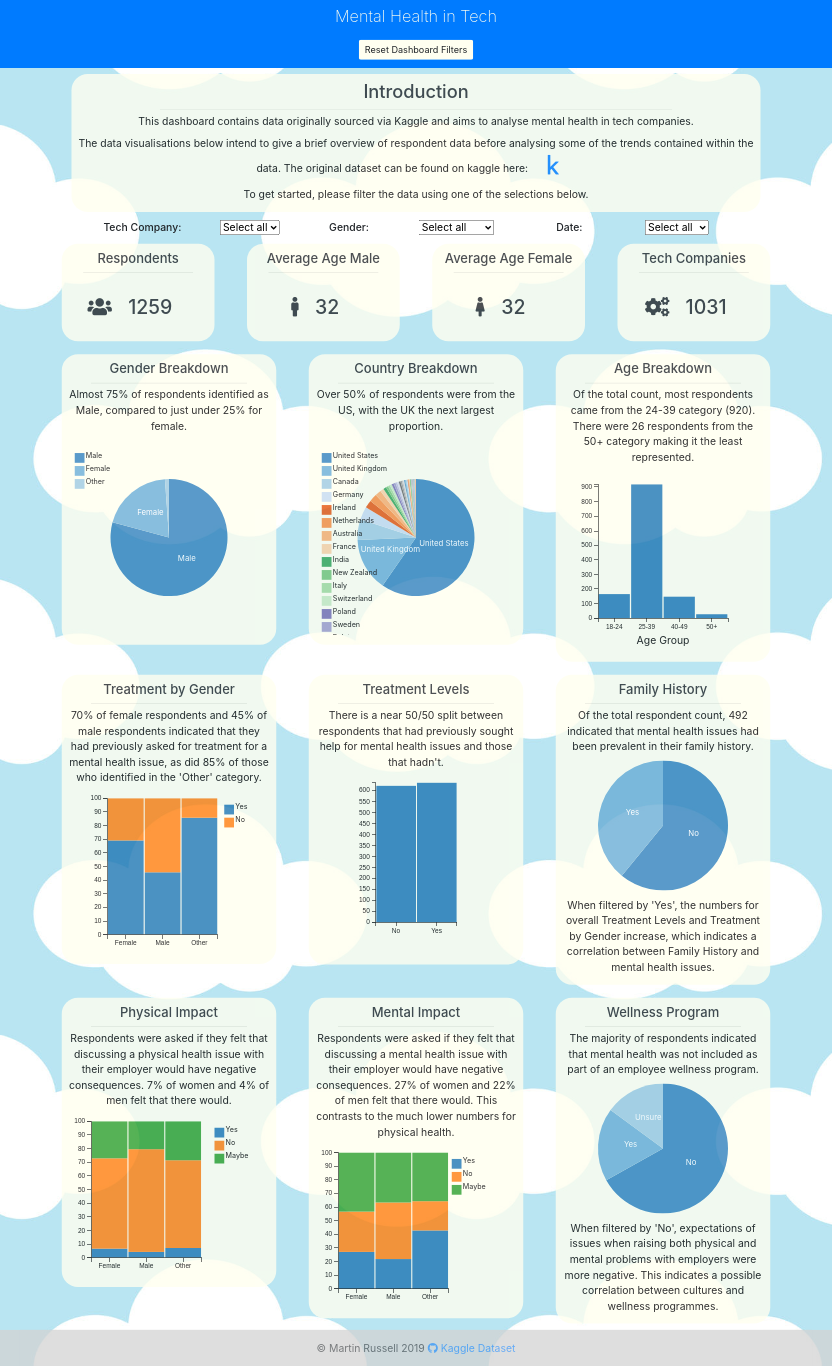
Repository: martingr1/mhdashboard
Page: index.html
The author's editor kept a record of every edit. The page is drawn from the files as they stood at one moment, then again after the next edit.
The browser window is 1280 px wide. The pictures show the whole page, at 65% of full size.
Some web libraries are served in a nearby version.

Above is the page before.

### index.html
<html>

<head>

    <meta charset="UTF-8">
    <meta name="viewport" content="width=device-width, initial-scale=1.0">
    <meta http-equiv="X-UA-Compatible" content="ie=edge">
    <title>Mental Health in Tech</title>

    <link rel="stylesheet" href="https://stackpath.bootstrapcdn.com/bootstrap/4.3.1/css/bootstrap.min.css" integrity="sha384-ggOyR0iXCbMQv3Xipma34MD+dH/1fQ784/j6cY/iJTQUOhcWr7x9JvoRxT2MZw1T" crossorigin="anonymous">
    <link rel="stylesheet" href="static/css/dc.min.css" type="text/css" />
    <link href="https://cdnjs.cloudflare.com/ajax/libs/font-awesome/5.9.0/css/all.css" rel="stylesheet">
    <link rel="stylesheet" href="static/css/style.css" type="text/css" />


    <script type="text/javascript" src="static/js/d3.min.js"></script>
    <script type="text/javascript" src="static/js/crossfilter.min.js"></script>
    <script type="text/javascript" src="static/js/dc.min.js"></script>
    <script type="text/javascript" src="static/js/queue.min.js"></script>
    <script type="text/javascript" src="static/js/graph.js"></script>

</head>

<body>

    <nav class="navbar-nav sticky-top navbar-dark bg-primary">
        <div class="container">
            <div class="col-xs-6 text-center">
                <h6 class="title">Mental Health in Tech</h6>
            </div>
            <div class="col-xs-6 text-center">
                <button id="reset_button" class="btn btn-sm btn-default">Reset Dashboard Filters</button>
            </div>
        </div>
        </div>
    </nav>

    <div class="container">
        <section class="container">
            <div class="col-xs-12">
                <div class="content-box">
                    <h3 class="header">Introduction</h3>

                        <hr class="line">
                        <p class="chart-text">This dashboard contains data originally sourced via Kaggle and aims to analyse mental health in tech companies.<br></p>
                        <p class="chart-text">The data visualisations below intend to give a brief overview of respondent data before analysing some of the trends contained within the data. The original dataset can be found on kaggle here: <a class="top-link" href="https://www.kaggle.com/osmi/mental-health-in-tech-survey"><i class="fab fa-kaggle"></i></a><br></p>
                        <p class="chart-text">To get started, please filter the data using one of the selections below.</p>
                    </div>
                    <div class="container">
                        <div class="row">
                            <div class="row col-xs-12 col-lg-4">
                                <h6 class="header">Tech Company:</h6>
                                <span class="filter" id="select_company"></span>
                            </div>
                            <div class="row col-xs-12 col-lg-4">
                                <h6 class="header">Gender:</h6>
                                <span class="filter" id="select_gender"></span>
                            </div>
                            <div class="row col-xs-12 col-lg-4">
                                <h6 class="header">Date:</h6>
                                <span class="filter" id="select_date"></span>
                            </div>
                        </div>
                    </div>
                </div>
            </div>
        </section>

        <section class="container">
            <div class="row">
                <div class="col-xs-12 col-md-3">
                    <div class="content-box">
                        <h5 class="header">Respondents</h5>
                        <hr class="line">
                        <div class="row number-display">
                            <div id="respondents_display"><i class="fas fa-users"></i></div>
                        </div>
                    </div>
                </div>
                <div class="col-xs-12 col-md-3">
                    <div class="content-box">
                        <h5 class="header">Average Age Male</h5>
                        <hr class="line">
                        <div class="row number-display">
                            <div id="average_age_male"><i class="fas fa-male"></i></div>
                        </div>
                    </div>
                </div>
                <div class="col-xs-12 col-md-3">
                    <div class="content-box">
                        <h5 class="header">Average Age Female</h5>
                        <hr class="line">
                        <div class="row number-display">
                            <div id="average_age_gender"><i class="fas fa-female"></i></div>
                        </div>
                    </div>
                </div>

                <div class="col-xs-12 col-md-3">
                    <div class="content-box">
                        <h5 class="header">Tech Companies</h5>
                        <hr class="line">
                        <div class="row number-display">
                            <div id="tech_display"><i class="fas fa-cogs"></i></div>
                        </div>
                    </div>
                </div>
            </div>
        </section>

        <section class="container">
            <div class="row">
                <div class="col-xs-12 col-sm-12 col-lg-4">
                    <div class="content-box">
                        <h5 class="header">Gender Breakdown</h5>
                        <hr class="line">
                        <p class="chart-text">Almost 75% of respondents identified as Male, compared to just under 25% for female.</p>
                        <div class="row chart">
                            <div id="gender_breakdown"></div>
                        </div>
                    </div>
                </div>

                <div class="col-xs-12 col-sm-12 col-lg-4">
                    <div class="content-box">
                        <h5 class="header">Country Breakdown</h5>
                        <hr class="line">
                        <p class="chart-text">Over 50% of respondents were from the US, with the UK the next largest proportion.</p>
                        <div class="row chart">
                            <div id="country_breakdown"></div>
                        </div>
                    </div>
                </div>

                <div class="col-xs-12 col-sm-12 col-lg-4">
                    <div class="content-box">
                        <h5 class="header">Age Breakdown</h5>
                        <hr class="line">
                        <p class="chart-text">Of the total count, most respondents came from the 24-39 category (920).<br> There were 26 respondents from the 50+ category making it the least represented.</p>
                        <div class="row chart">
                            <div id="age_breakdown"></div>
                        </div>
                    </div>
                </div>
            </div>
        </section>


        <section class="container">
            <div class="row">
                <div class="col-xs-12 col-sm-12 col-lg-4">
                    <div class="content-box">

                        <h5 class="header">Treatment by Gender</h5>

                        <hr class="line">
                        <p class="chart-text">70% of female respondents and 45% of male respondents indicated that they had previously asked for treatment for a mental health issue, as did 85% of those who identified in the 'Other' category. </p>
                        <div class="row chart">
                            <div id="treatment_by_gender"></div>
                        </div>
                    </div>
                </div>
                <div class="col-xs-12 col-sm-12 col-lg-4">
                    <div class="content-box">

                        <h5 class="header">Treatment Levels</h5>

                        <hr class="line">
                        <p class="chart-text">There is a near 50/50 split between respondents that had previously sought help for mental health issues and those that hadn't.</p>
                        <div class="row chart">
                            <div id="treatment_chart"></div>
                        </div>
                    </div>
                </div>
                <div class="col-xs-12 col-sm-12 col-lg-4">
                    <div class="content-box">
                        <h5 class="header">Family History</h5>
                        <hr class="line">
                        <p class="chart-text">Of the total respondent count, 492 indicated that mental health issues had been prevalent in their family history.</p>
                        <div class="row chart">
                            <div id="family_history"></div>
                        </div>
                        <p class="chart-text">When filtered by 'Yes', the numbers for overall Treatment Levels and Treatment by Gender increase, which indicates a correlation between Family History and mental health issues.</p>
                    </div>
                </div>
            </div>
        </section>

        <section class="container">
            <div class="row">
                <div class="col-xs-12 col-sm-12 col-lg-4">
                    <div class="content-box">

                        <h5 class="header">Physical Impact</h5>

                        <hr class="line">
                        <p class="chart-text">Respondents were asked if they felt that discussing a physical health issue with their employer would have negative consequences. 7% of women and 4% of men felt that there would.</p>
                        <div class="row chart">
                            <div id="physical_impact"></div>
                        </div>
                    </div>
                </div>

                <div class="col-xs-12 col-sm-12 col-lg-4">
                    <div class="content-box">

                        <h5 class="header">Mental Impact</h5>
                        <hr class="line">
                        <p class="chart-text">Respondents were asked if they felt that discussing a mental health issue with their employer would have negative consequences. 27% of women and 22% of men felt that there would. This contrasts to the much lower numbers for physical
                            health.
                        </p>
                        <div class="row chart">
                            <div id="mental_impact"></div>
                        </div>
                    </div>
                </div>

                <div class="col-xs-12 col-sm-12 col-lg-4">
                    <div class="content-box">
                        <h5 class="header">Wellness Program</h5>
                        <hr class="line">
                        <div>
                            <p class="chart-text">The majority of respondents indicated that mental health was not included as part of an employee wellness program.</p>
                        </div>
                        <div class="row chart">
                            <div id="wellness_chart"></div>
                        </div>
                        <p class="chart-text">When filtered by 'No', expectations of issues when raising both physical and mental problems with employers were more negative. This indicates a possible correlation between cultures and wellness programmes.</p>
                    </div>
                </div>
            </div>
        </section>
    </div>
    <script src="https://code.jquery.com/jquery-3.2.1.min.js" integrity="sha256-hwg4gsxgFZhOsEEamdOYGBf13FyQuiTwlAQgxVSNgt4=" crossorigin="anonymous"></script>
    <script type="text/javascript" src="static/js/scripts.js"></script>

    <footer class="page-footer container-fluid">
        <div class="container-fluid">
            <div class="page-footer text-center py-3">© Martin Russell 2019
                <a href="https://github.com/martingr1/" target="_blank"><i class= "fab fa-github"></i></a>
                <a href="https://www.kaggle.com/osmi/mental-health-in-tech-survey" target="_blank"> Kaggle Dataset</a>
            </div>
    </footer>
    </div>
</body>

</html>

### static/css/style.css
body {
	background-image: url("../images/clouds_background.png");
}

.btn {
	background-color: #FFFFF0;
	margin: 12.5px;
}

.title {
	color: #FFFFF0;
	font-size: 25px;
	font-weight: 200;
	margin-top: 10px;
}

.filter {
	padding-top: 2.5px;
}

.header {
	margin: auto;
	text-align: center;
	padding: 5px;
}

.chart-text {
	font-size: medium;
	color: black;
	margin: 5px 5px 10px 5px;
}

.line {
	margin: 5px auto 5px;
	color: #ffffff;
	width: 75%;
}

.content-box {
	box-sizing: border-box;
	border-radius: 25px;
	background-color: #FFFFF0;
	opacity: 0.8;
	text-align: center;
	margin: 10px;
	padding: 5px;
}

.top-link {

	font-size: 30px;
	padding: 25px;

}

.number-display {
	justify-content: center;
	font-size: 30px;
	font-weight: 500;
	padding: 25px;

}

.page-footer {
	background-color: #D3D3D3;
	width: 100%;
	opacity: 0.75;
}

.chart {
	margin: 10px;
	justify-content: center;
}

### static/js/scripts.js
$('#reset_button').click(function() {
    dc.filterAll();
    dc.renderAll();
});

Loaded but not shown: static/css/dc.min.css (library); static/js/d3.min.js (library); static/js/crossfilter.min.js (library); static/js/dc.min.js (library); static/js/queue.min.js (common file); static/js/graph.js (410 lines, source omitted)

After the next edit:
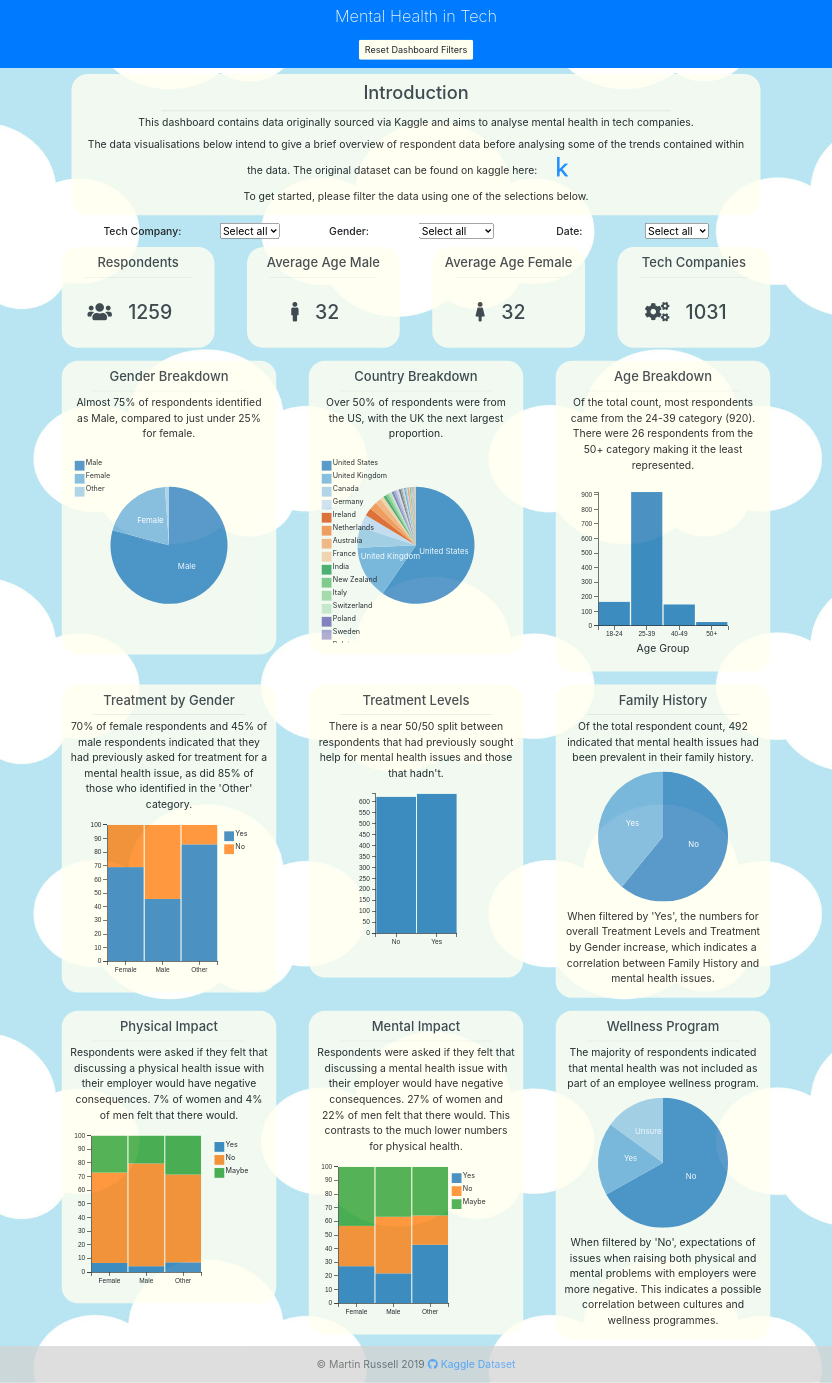
The edit:
--- a/static/css/style.css
+++ b/static/css/style.css
@@ -43,7 +43,7 @@
 	opacity: 0.8;
 	text-align: center;
 	margin: 10px;
-	padding: 5px;
+	padding: 7.5px;
 }
 
 .top-link {
